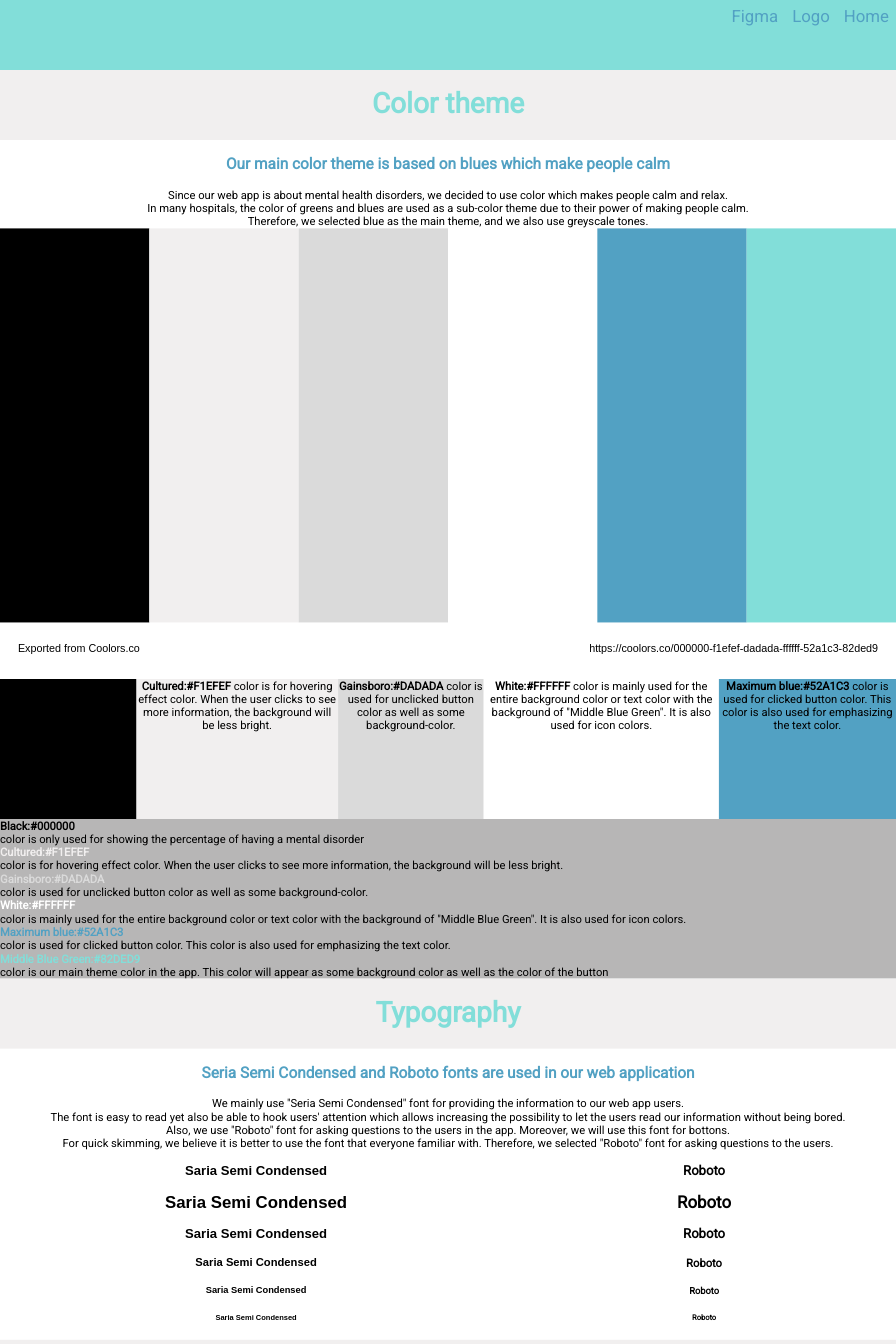
Repository: zzs1/style-guide
Page: style guide/Chisaki_styleGuide_part2/index.html
The author's editor kept a copy of each file at every save. The page is drawn from the files as they stood at one save, then again after the next save.
The browser window is 1280 px wide. The pictures show the part of the page from y = 0 to 1920 px (the page is 2842 px tall), at 70% of full size.
Some web fonts or font styles are not loaded; a fallback is used.

Above is the page before, as saved 2021-03-23 21:16:34.

After the next save:
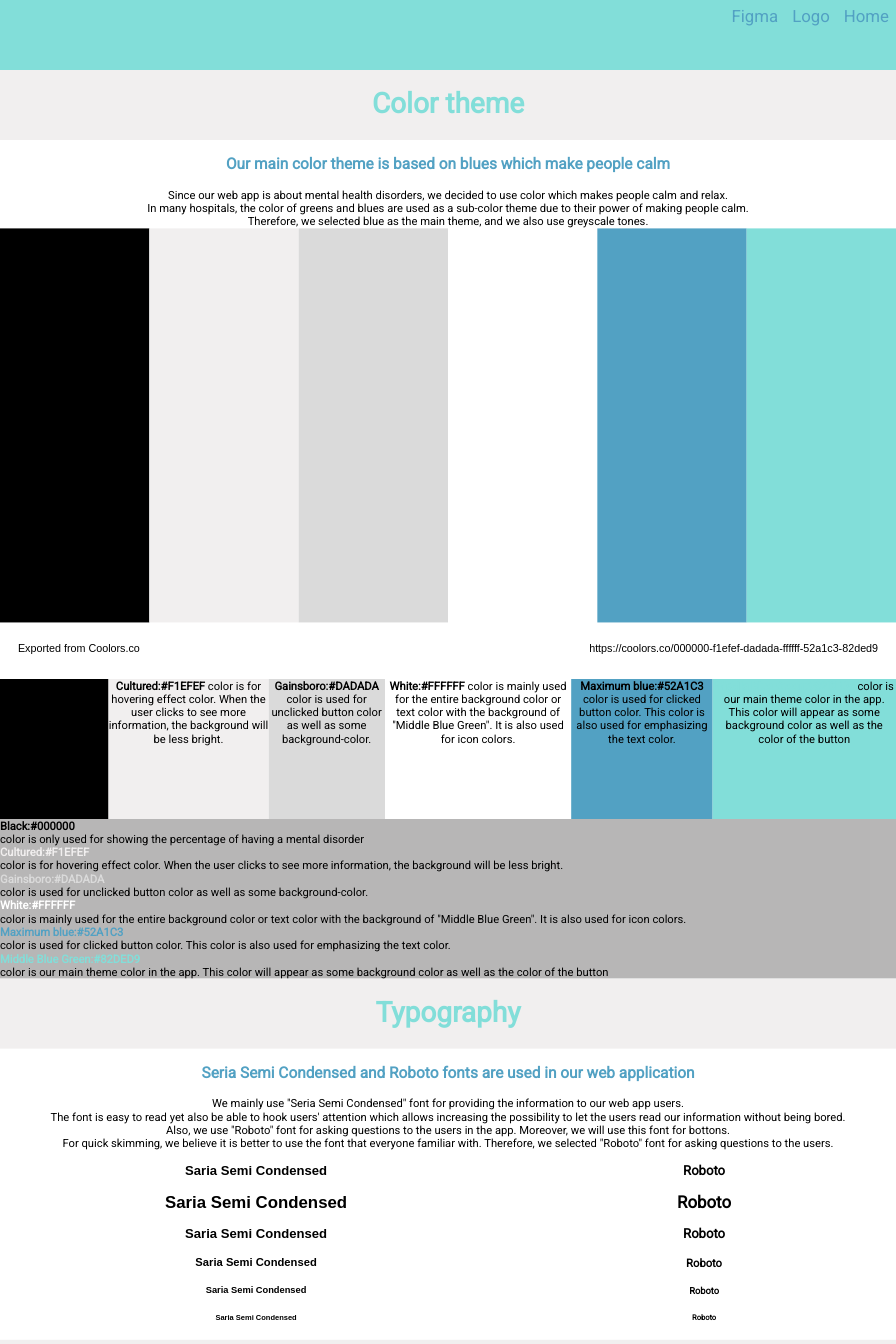
Saved 10 s later.
--- a/style guide/Chisaki_styleGuide_part2/index.html
+++ b/style guide/Chisaki_styleGuide_part2/index.html
@@ -56,7 +56,7 @@
             </div>
             <!--Middle Blue Green-->
             <div class="blue_green pallet" style="background-color: #82DED9;">
-
+              <strong style="color:#82DED9;">Middle Blue Green:#82DED9</strong> color is our main theme color in the app. This color will appear as some background color as well as the color of the button<br>
             </div>
           </div>
           <p style="background-color: rgb(183, 182, 182); text-align: left; display: flex; flex-direction: column;">
